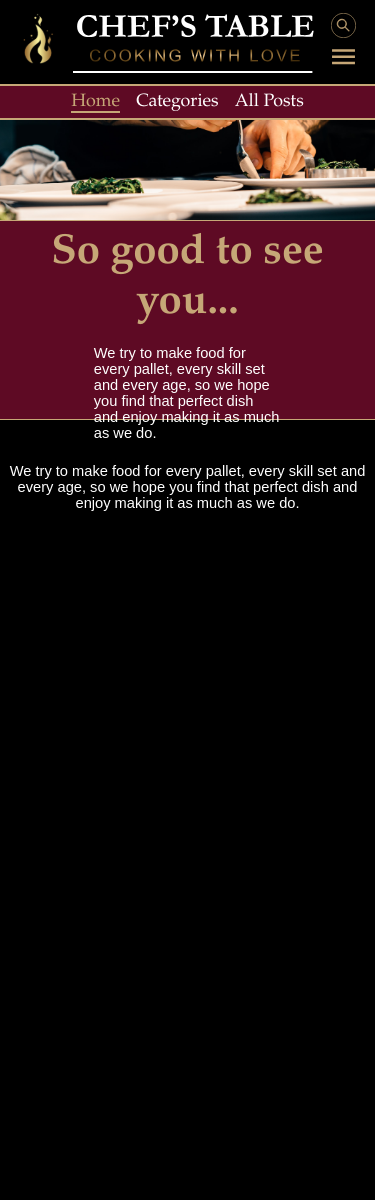
Repository: Noroff-FEU-Assignments/project-exam-1-runeunhjem
Page: index.html
The author's editor kept a copy of each file at every save. The page is drawn from the files as they stood at one save, then again after the next save.
The browser window is 375 px wide. The pictures show the whole page.
The page's requests for data from a server got no answer.

Above is the page before, as saved 2023-05-01 13:57:28.

### index.html
<!DOCTYPE html>
<html lang="en">
<head>
  <!-- Hotjar Tracking Code for CHEF'S TABLE -->
  <script>
      (function(h,o,t,j,a,r){
          h.hj=h.hj||function(){(h.hj.q=h.hj.q||[]).push(arguments)};
          h._hjSettings={hjid:3468936,hjsv:6};
          a=o.getElementsByTagName('head')[0];
          r=o.createElement('script');r.async=1;
          r.src=t+h._hjSettings.hjid+j+h._hjSettings.hjsv;
          a.appendChild(r);
      })(window,document,'https://static.hotjar.com/c/hotjar-','.js?sv=');
  </script>
  <meta charset="UTF-8">
  <meta http-equiv="X-UA-Compatible" content="IE=edge">
  <meta name="viewport" content="width=device-width, initial-scale=1.0">
  <meta name="keywords" content="Cooking, Chef, Table, Dinner, Dessert, Cousine, Recipes, Food">
  <meta name="description" content="A blog with recipes for only the best and juiciest dishes">
  <link rel="stylesheet" href="css/styles.css">
  <link rel="stylesheet" href="css/out-of-view-menu-text.css">
  <link rel="shortcut icon" href="favicon.ico" type="image/x-icon">
  <script defer src="js/posts.js" type="module"></script>
  <script defer src="js/searchbar.js"></script>
  <script defer src="js/script.js" type="module"></script>
  <title>CHEF'S TABLE | Home</title>
</head>
<body>
  <header class="header-desktop header-mobile" aria-label="Header">
    <div class="header-container">
      <div class="header-flame-logo head-item">
        <a href="index.html" aria-label="Home">
          <img src="images/logo-flame.svg" class="flame-logo" alt="Chef's Table Flame Logo">
          <span class="out-of-view-menu-text">Home</span>
        </a>
      </div>
      <div class="header-text-logo head-item">
        <img src="images/mob-logo-text.svg" id="logo-text" alt="Chef's Table Text Logo">
      </div>
        <div class="search-and-menu header-icons head-item">
          <div class="search-icon">
            <img src="images/ico-search.svg" alt="Search Icon">
          </div>
          <div class="menu-icon">
            <img src="images/ico-menu.svg" alt="Menu Icon">
          </div>
        </div>
    </div>
    <nav class="main-navigation" aria-label="Main Navigation">
      <div class="nav-container">
        <div class="desk-menu mob-menu menu">
            <ul class="search-bar nav-bar">
              <li><a href="index.html" class="active">Home</a></li>
              <li><a href="categories.html">Categories</a></li>
              <li><a href="all-posts.html">All Posts</a></li>
              <li class="desktop-only tablet"><a href="latest-posts.html">Latest Posts</a></li>
              <li class="desktop-only tablet"><a href="image-gallery.html">Image Gallery</a></li>
              <li class="desktop-only"><a href="contact.html">Contact</a></li>
              <li class="desktop-only"><a href="about.html">About</a></li>
              <li class="desktop-only"><a href="add-new-post.html">Add New Post</a></li>
            </ul>
            <div class="search-container">
              <form>
                <input type="text" placeholder="Search..." aria-label="Search for recipes">
                <button type="submit" class="search-button">
                  <div class="searchbar-icon">
                    <img src="images/ico-search.svg" alt="Search Icon">
                  </div>
                </button>
              </form>
            </div>
          </div>
        </div>
    </nav>
  </header>
  <main class="index" aria-label="Main Section">
    <div class="hero-image post-preview" id="post-preview"></div>
    <div class ="thank-you-note">
      <h3 class="so-god-to-see-you">So good to see you...</h3>
      <p class="enjoy-note">We try to make food for every pallet, every skill set and every age, so we hope you find that perfect dish and enjoy making it as much as we do.</p>
      <p class="check-latest-posts-note">We try to make food for every pallet, every skill set and every age, so we hope you find that perfect dish and enjoy making it as much as we do.</p>
    </div>
    <div class="carousel-home" id="carousel-home"></div>
  </main>
  <footer>
  </footer>
</body>
</html>

### css/styles.css
:root {
  --color-black: #000000;
  --color-white: #FFFFFF;
  --color-grey: #D9D9D9;
  --color-gold: #C6A777;
  --color-red: #A60033;
  --color-burgundy: #5E0A24;
  --border-radius-50: 50%;
  --border-radius-10: 10%;
  --border-1px-gold: 1px solid var(--color-gold);
  --border-2px-gold: 2px solid var(--color-gold);
  --font-family-elegant: "Garamond", "Times New Roman", serif;
  --font-family-normal: "Arial", "Helvetica", sans-serif;
}

*, *:before, *:after {
  box-sizing: inherit;
}

body {
  margin: 0;
  box-sizing: border-box;
  background-color: var(--color-black);
  color: var(--color-white);
  min-height: 150vh;
}

header {
  display: flex;
  justify-content: center;
  flex-wrap: wrap;
}

img {
  max-width: 100%;
  max-height: 100%;
}

.header-container {
  display: flex;
  justify-content: space-around;
  align-items: center;
  margin: 0.5em 1em 0.7em 1em;
  box-sizing: border-box;
  max-height: 100%;
  width: 90vw;
  max-width: 970px;
  gap: 1em;
}
.header-container .flame-logo {
  max-height: 100px;
}

.header-text-logo {
  display: flex;
  align-items: flex-start;
}

.search-icon, .menu-icon {
  display: flex;
  justify-content: center;
  align-items: flex-end;
}

.search-and-menu {
  gap: 0.5em;
}

.head-item {
  display: flex;
  flex-direction: column;
  align-items: center;
  justify-content: center;
}

.main-navigation {
  display: flex;
  justify-content: center;
  align-items: center;
  height: auto;
  max-width: 100%;
  max-height: 100%;
}

.nav-container .menu {
  background-color: var(--color-burgundy);
  border-top: var(--border-2px-gold);
  border-bottom: var(--border-2px-gold);
  display: flex;
  flex-direction: column;
  justify-content: center;
  align-items: center;
  width: 100vw;
  min-height: 36px;
  height: 4vw;
  max-height: 48px;
}
.nav-container ul {
  display: flex;
  justify-content: space-around;
  gap: 1em;
  padding: 0;
  margin: 0;
  align-items: center;
}
.nav-container a {
  font-family: var(--font-family-elegant);
  font-size: calc(1rem + 0.5vw);
  color: var(--color-white);
  text-decoration: none;
}
.nav-container .hide {
  display: none;
}
.nav-container a:hover {
  color: var(--color-gold);
}
.nav-container li {
  list-style: none;
}
.nav-container .active {
  color: var(--color-gold);
  border-bottom: var(--border-2px-gold);
}

.search-container {
  display: none;
}

.show {
  display: flex;
  justify-content: center;
  align-items: center;
  max-width: 970px;
}
.show form {
  display: flex;
  justify-content: center;
  align-items: center;
  gap: 0.5em;
}
.show form input {
  text-indent: 0.5em;
  font-size: 1.2rem;
  background-color: var(--color-black);
  color: var(--color-white);
  border: var(--border-1px-gold);
  min-height: 24px;
  height: 2vw;
  min-width: 250px;
  border-radius: 6px;
}
.show form .search-button {
  border-radius: var(--border-radius-50);
  padding: 0;
  margin: 0;
  background-color: var(--color-burgundy);
  border: 1px solid var(--color-burgundy);
  min-height: 24px;
  height: 2vw;
}
.show img {
  min-height: 24px;
  height: 2vw;
}

main {
  display: flex;
  flex-direction: column;
  justify-content: flex-start;
  align-items: center;
}

.hero-image {
  background-image: url(../images/hero-image.png);
  background-size: cover;
  background-repeat: no-repeat;
  background-position: center bottom;
  width: 100vw;
  height: 279px;
}

.thank-you-note {
  display: flex;
  flex-direction: column;
  justify-content: flex-start;
  text-align: center;
  width: 100%;
  height: 200px;
  margin-bottom: 1em;
  background-color: var(--color-burgundy);
  color: var(--color-white);
  border-top: var(--border-1px-gold);
  border-bottom: var(--border-1px-gold);
}

.so-god-to-see-you {
  margin: 0.2em auto;
  font-family: var(--font-family-elegant);
  font-size: calc(2.5rem + 0.5vw);
  color: var(--color-gold);
}

.enjoy-note {
  width: 50vw;
  text-align: left;
  margin: 0.5em auto;
  font-family: var(--font-family-normal);
  font-size: calc(0.8rem + 0.5vw);
}

.check-latest-posts-note {
  font-family: var(--font-family-normal);
  font-size: calc(0.8rem + 0.5vw);
}

.carousel-home {
  display: flex;
  justify-content: flex-start;
  align-items: flex-start;
  width: 80vw;
  margin-bottom: 2em;
  gap: 1em;
}

.post-container {
  border: var(--border-1px-gold);
  border-radius: 6px;
  padding: 0.5em;
  height: 295px;
  width: 243px;
}

.post-image-container {
  width: 213px;
  height: 110px;
  padding-bottom: 56.25%; /* 16:9 aspect ratio */
  background-size: cover;
  background-position: center center;
  border-top-left-radius: 6px;
  border-top-right-radius: 6px;
}

.post-title {
  font-family: var(--font-family-elegant);
  font-size: 1.2rem;
  font-weight: bold;
  color: var(--color-gold);
  height: 40px;
  margin: 0.4em 0 0 0;
}

.post-tagline {
  font-family: var(--font-family-normal);
  margin: 0.4em 0;
  font-size: 0.9rem;
  height: 32px;
}

.post-tags {
  font-family: var(--font-family-normal);
  font-size: 0.8rem;
  margin: 0 0 0.6em 0;
  height: 48px;
  line-height: 1.35;
}

.post-added {
  font-family: var(--font-family-normal);
  font-size: 0.7rem;
  margin: 0;
}

@media screen and (max-width: 768px) {
  .desktop-only {
    display: none;
  }
  .tablet {
    display: block;
  }
  .hero-image {
    background-image: url(../images/hero-image.png);
    height: 180px;
  }
}
@media screen and (max-width: 460px) {
  .tablet {
    display: none;
  }
  .hero-image {
    background-image: url(../images/hero-image.png);
    height: 100px;
  }
}/*# sourceMappingURL=styles_20230501135728.css.map */

### css/out-of-view-menu-text.css
.out-of-view-menu-text {
  position: absolute;
  left: -10000px;
}

### js/posts.js
const apiUrl = "https://wordpress.runeunhjem.no/wp-json/wp/v2/posts?per_page=50";
let posts = [];

async function getPosts() {
  try {
    const response = await fetch(apiUrl);
    const result = await response.json();
    console.log(result);

    for (const item of result) {
      const categoriesResponse = await fetch(item._links["wp:term"][0].href);
      const categoriesResult = await categoriesResponse.json();
      const categories = categoriesResult.map(category => category.name);

      const tagsResponse = await fetch(item._links["wp:term"][1].href);
      const tagsResult = await tagsResponse.json();
      const tags = tagsResult
        .filter((tag) => tag.name !== "ep1" && tag.name !== "food").map((tag) => tag.name);

      const post = {
        postId: item.id,
        title: item.title.rendered.replace(/&amp;/g, "&"),
        shortDescription: item.content.rendered.match(/<p>(.*?)<\/p>/)[1].trim(),
        tags: tags,
        date: new Date(item.date),
        categories: categories,
        image: item.content.rendered.match(/src="([^"]*)"/)[1],
        instructions: item.content.rendered.match(/<ol>(.*?)<\/ol>/s)[0],
        recipe: item.content.rendered.match(/Ingredients:([\s\S]*?)<ol>/)[1].trim(),
      };
      posts.push(post);
    // for (const item of result) {
    //   // fetch categories and tags for the post

    //   const post = {
    //     postId: item.id,
    //     title: item.title.rendered.replace(/&/g, "&amp;"),
    //     categories: categories,
    //     tags: tags,
    //     image: item.content.rendered.match(/src="([^"]*)"/)[1],
    //     instructions: item.content.rendered.match(/<ol>(.*?)<\/ol>/s)[0],
    //     recipe: item.content.rendered.match(/Ingredients:([\s\S]*?)<ol>/)[1].trim(),
    //     shortDescription: item.excerpt.rendered.replace(/(<([^>]+)>)/gi, "").trim()
    //   };
    //   posts.push(post);
    };
  } catch (error) {
    console.log(error);
  };
};

export { getPosts, posts };

### js/script.js
import { getPosts, posts } from "./posts.js";

(async function () {
  await getPosts();
  console.log("posts is: ", posts);

  const carousel = document.getElementById("carousel-home");

  for (const post of posts) {
    const postContainer = document.createElement("div");
    postContainer.classList.add("post-container");

    const container = document.createElement("div");
    container.classList.add("post-image-container");
    postContainer.appendChild(container);

    const image = new Image();
    image.onload = function () {
      container.style.backgroundImage = `url(${image.src})`;
    };
    image.src = post.image;

    const title = document.createElement("h2");
    title.classList.add("post-title");
    title.textContent = post.title;
    postContainer.appendChild(title);

    const tagLine = document.createElement("p");
    tagLine.classList.add("post-tagline");
    tagLine.textContent = post.shortDescription;
    postContainer.appendChild(tagLine);

    const tags = document.createElement("p");
    tags.classList.add("post-tags");
    tags.textContent = `Tags: ${post.tags.join(", ")}`;
    postContainer.appendChild(tags);

    const date = new Date(post.date);
    const dateString = `${date.toLocaleString("default", { month: "short" })} ${date.getDate()}, ${date.getFullYear()}`;
    const added = document.createElement("p");
    added.classList.add("post-added");
    added.textContent = `Added: ${dateString}`;
    postContainer.appendChild(added);


    // const categories = document.createElement("p");
    // categories.textContent = `Categories: ${post.categories.join(", ")}`;
    // postContainer.appendChild(categories);


    // const instructions = document.createElement("div");
    // instructions.innerHTML = post.instructions;
    // postContainer.appendChild(instructions);

    // const recipe = document.createElement("div");
    // recipe.innerHTML = post.recipe;
    // postContainer.appendChild(recipe);

    carousel.appendChild(postContainer);
  }
})();

### js/searchbar.js
const searchIcon = document.querySelector(".search-icon");
const searchContainer = document.querySelector(".search-container");
const navContainer = document.querySelector(".search-bar");

searchIcon.addEventListener("click", function () {
  searchContainer.classList.toggle("show");
  navContainer.classList.toggle("hide");
});

After the next save:
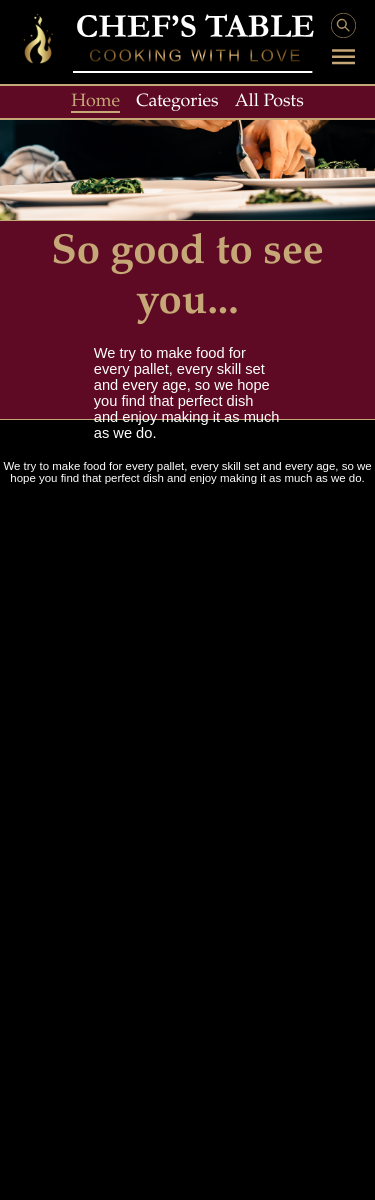
Saved 4 s later.
--- a/css/styles.css
+++ b/css/styles.css
@@ -211,7 +211,7 @@ main {
 
 .check-latest-posts-note {
   font-family: var(--font-family-normal);
-  font-size: calc(0.8rem + 0.5vw);
+  font-size: calc(0.6rem + 0.5vw);
 }
 
 .carousel-home {
@@ -291,4 +291,4 @@ main {
     background-image: url(../images/hero-image.png);
     height: 100px;
   }
-}/*# sourceMappingURL=styles_20230501135728.css.map */
+}/*# sourceMappingURL=styles_20230501135732.css.map */
